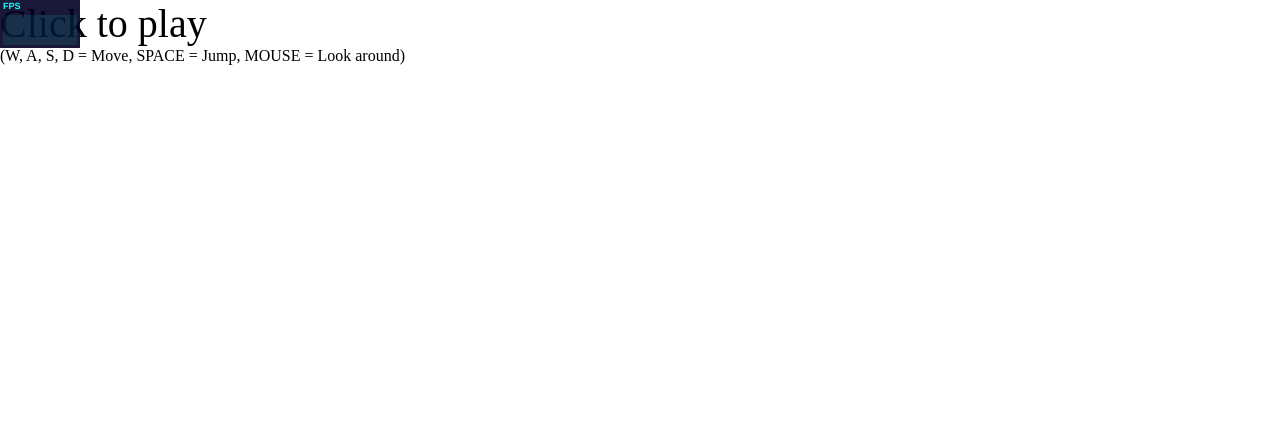
Repository: cxleb/cxleb.github.io
Page: jsapps/threegame/index.html
The author's editor kept a record of every edit. The page is drawn from the files as they stood at one moment, then again after the next edit.
The browser window is 1280 px wide. The pictures show the whole page.

Above is the page before.
Console error: ReferenceError: setupControls is not defined
Not found: jsapps/threegame/js/controls.min.js

After the next edit:
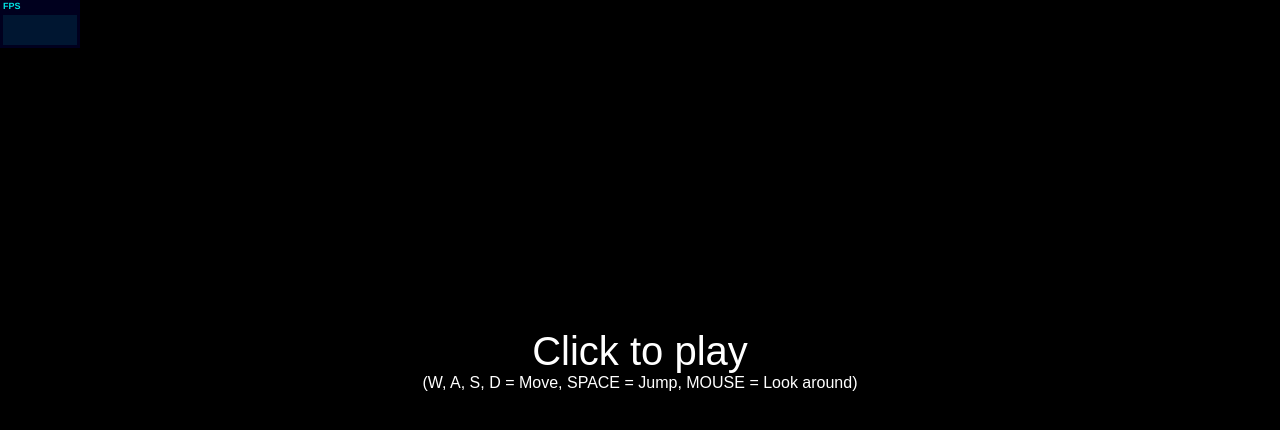
Console error: ReferenceError: addObject is not defined
The edit:
--- a/jsapps/threegame/index.html
+++ b/jsapps/threegame/index.html
@@ -2,8 +2,41 @@
 	<head>
 		<title>Three Game</title>
 		<style>
-			body { margin: 0; }
-			canvas { width: 100%; height: 100% }
+			html, body {
+				width: 100%;
+				height: 100%;
+			}
+			body {
+				background-color: #ffffff;
+				margin: 0;
+				overflow: hidden;
+				font-family: arial;
+			}
+			#blocker {
+				position: absolute;
+				width: 100%;
+				height: 100%;
+				background-color: rgba(0,0,0,0.5);
+			}
+			#instructions {
+				width: 100%;
+				height: 100%;
+				display: -webkit-box;
+				display: -moz-box;
+				display: box;
+				-webkit-box-orient: horizontal;
+				-moz-box-orient: horizontal;
+				box-orient: horizontal;
+				-webkit-box-pack: center;
+				-moz-box-pack: center;
+				box-pack: center;
+				-webkit-box-align: center;
+				-moz-box-align: center;
+				box-align: center;
+				color: #ffffff;
+				text-align: center;
+				cursor: pointer;
+			}
 		</style>
 	</head>
 	<body>
@@ -12,7 +45,7 @@
 		<script src="js/lib/PointerLockControls.js"></script>
 
 		<script src="js/main.js"></script>
-		<script src="js/controls.min.js"></script>
+		<script src="js/controls.js"></script>
 
 
 
